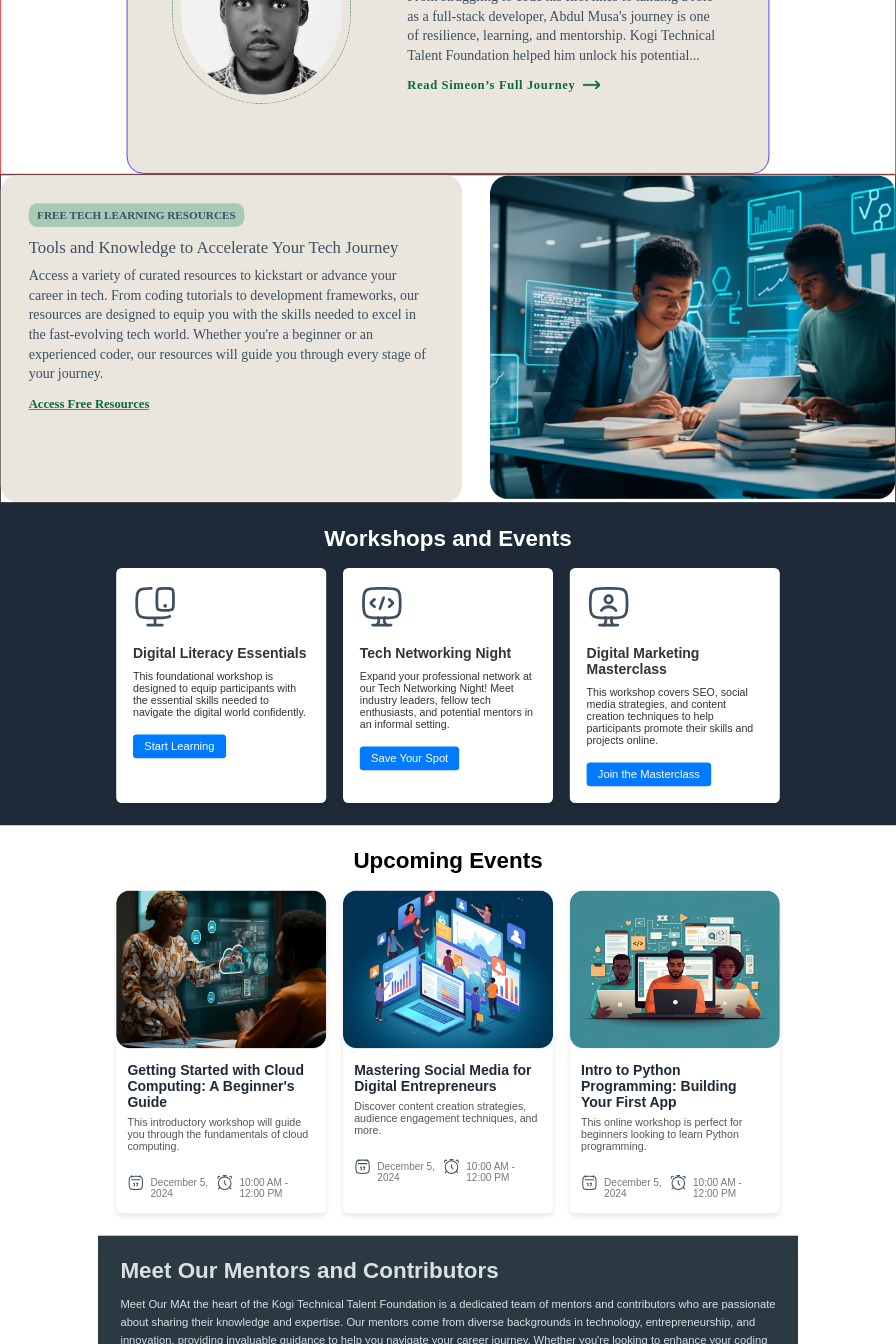
Repository: Cryptim/3MTT-Kogi-Foundation
Page: index.html
An editor plug-in stored every save of this project. The page is shown before and after the next save, followed by the edit.
The browser window is 1280 px wide. The pictures show the part of the page from y = 826 to 2746 px (the page is 7212 px tall before and 7244 px after), at 70% of full size.

Above is the page before, as saved 2024-11-15 02:26:51.

### index.html
<!DOCTYPE html>
<html lang="en">
  <head>
    <meta charset="UTF-8" />
    <meta name="viewport" content="width=device-width, initial-scale=1.0" />
    <title>Three Million Technical Talent Foundation</title>
    <link rel="stylesheet" href="stlyes/style.css" />
  </head>
  <body>
    <header class="header">
      <div class="logo">
        <img src="assets/images/logo.png" alt="Foundation Logo" />
      </div>
      <nav class="nav">
        <a href="#">Workshops & Events</a>
        <a href="#">Resources/Pathways</a>
        <a href="#">Volunteer</a>
        <a href="#">Contact Us</a>
      </nav>
      <div class="donate-button">
        <button>Donate</button>
      </div>
    </header>
    <!-- Hero sections -->
    <div class="padding hero-section">
      <div class="text-container">
        <h1>Empowering Kogi's Brightest Minds for a Future in Tech</h1>
        <p>
          Are you ready to lead the future of tech? Kogi Technical Talent
          Foundation offers mentorship and cutting-edge resources to help early
          adopters like you grow and innovate.
        </p>
        <div class="explore-button">
          <button>Explore Free Resources</button>
        </div>
      </div>
      <div class="image-container">
        <img
          src="assets/images/Frame 5.png"
          alt="Team working with technology"
        />
        <div class="tag tag-collaborations">Collaborations</div>
        <div class="tag tag-volunteerism">Volunteerism</div>
        <div class="tag tag-mentorship">Mentorship</div>
        <div class="tag tag-empowerment">Empowerment</div>
        <div class="tag tag-free-resources">Free Resources</div>
        <div class="tag tag-partnership">Partnership</div>
      </div>
    </div>
    <!-- Featured Story Section -->
    <div class="padding featuredStoryContainer">
      <div class="featuredStory"
      >
        <div  class="featuredStoryDottedImageLine"
        >
          <img class="featuredStoryImage"
            src="assets/images/Simeon ocheja 1.png"
            alt="Simenon Ocheja"
          />
        </div>
        <div
          style="width: 589px; display: flex; flex-direction: column; gap: 16px"
        >
          <div class="featuredStoryTextContainer"

          >
            <span class="featuredStoryText"

              >Featured Story from Kogi talent</span
            >
          </div>
          <h2 class="featuredStoryName"
          >
            Simenon Ocheja
          </h2>
          <p class="featuredStoryParagraph"
          >
            From struggling to code his first lines to landing a role as a
            full-stack developer, Abdul Musa's journey is one of resilience,
            learning, and mentorship. Kogi Technical Talent Foundation helped
            him unlock his potential...
          </p>
          <div  class="featuredStoryMore">
            <span class="morefeatured"
              >Read Simeon’s Full Journey</span
            >
        <img src="./assets/images/icons/arrow-right-02.png" alt="arrow-right-02">
            </div>
          </div>
        </div>
      </div>
    </div>
    <!-- Free Tech Learning Resources Section -->
    <div  class="freeTechSection"  style="display: flex; gap: 40px ;border: 1px solid black;">
      <div
        style="flex: 1; padding: 40px; background: #eae6dd; border-radius: 24px"
      >
        <div
          style="
            padding: 8px 12px;
            background: #a7cab7;
            border-radius: 12px;
            display: inline-block;
          "
        >
          <span
            style="
              color: #3d4f60;
              font-size: 16px;
              font-family: Cascadia Code;
              font-weight: 600;
              text-transform: uppercase;
            "
            >Free Tech Learning Resources</span
          >
        </div>
        <h3
          style="
            color: #3d4f60;
            font-size: 24px;
            font-family: Cascadia Code;
            font-weight: 400;
            margin-top: 16px;
          "
        >
          Tools and Knowledge to Accelerate Your Tech Journey
        </h3>
        <p
          style="
            color: #3d4f60;
            font-size: 20px;
            font-family: Cascadia Code;
            font-weight: 300;
            line-height: 1.4;
            margin-top: 12px;
          "
        >
          Access a variety of curated resources to kickstart or advance your
          career in tech. From coding tutorials to development frameworks, our
          resources are designed to equip you with the skills needed to excel in
          the fast-evolving tech world. Whether you're a beginner or an
          experienced coder, our resources will guide you through every stage of
          your journey.
        </p>
        <a
          href="#"
          style="
            color: #0c6a38;
            font-size: 18px;
            font-family: Cascadia Code;
            font-weight: 700;
            display: inline-block;
            margin-top: 20px;
          "
          >Access Free Resources</a
        >
      </div>
      <div style="flex: 1">
        <img
          style="width: 100%; border-radius: 24px"
          src="assets/images/Resources image 1.png"
          alt="Tech Journey"
        />
      </div>
    </div>
    <!-- workshop section -->
    <section class="workshops-section">
      <h2>Workshops and Events</h2>
      <div class="workshops-container">
        <div class="workshop-card">
          <div class="icon">
            <img
              src="assets/images/computer-phone-sync.svg"
              alt="Digital Literacy Icon"
            />
          </div>
          <h3>Digital Literacy Essentials</h3>
          <p>
            This foundational workshop is designed to equip participants with
            the essential skills needed to navigate the digital world
            confidently.
          </p>
          <button>Start Learning</button>
        </div>
        <div class="workshop-card">
          <div class="icon">
            <img
              src="assets/images/computer-programming-01.svg"
              alt="Networking Icon"
            />
          </div>
          <h3>Tech Networking Night</h3>
          <p>
            Expand your professional network at our Tech Networking Night! Meet
            industry leaders, fellow tech enthusiasts, and potential mentors in
            an informal setting.
          </p>
          <button>Save Your Spot</button>
        </div>
        <div class="workshop-card">
          <div class="icon">
            <img
              src="assets/images/computer-video-call.svg"
              alt="Marketing Icon"
            />
          </div>
          <h3>Digital Marketing Masterclass</h3>
          <p>
            This workshop covers SEO, social media strategies, and content
            creation techniques to help participants promote their skills and
            projects online.
          </p>
          <button>Join the Masterclass</button>
        </div>
      </div>
    </section>
    <!--  Event section-->
    <section class="events-section">
      <h2>Upcoming Events</h2>
      <div class="events-container">
        <div class="event-card">
          <img
            src="assets/images/cloud-african 1.png"
            alt="Cloud Computing Workshop"
          />
          <h3>Getting Started with Cloud Computing: A Beginner's Guide</h3>
          <p>
            This introductory workshop will guide you through the fundamentals
            of cloud computing.
          </p>
          <div class="event-info">
            <span class="event-date"
              ><img
                src="assets/images/calendar-01.svg"
                alt="Calendar Icon"
                class="icon"
              />
              December 5, 2024</span
            >
            <span class="event-time"
              ><img
                src="assets/images/alarm-clock.svg"
                alt="Clock Icon"
                class="icon"
              />
              10:00 AM - 12:00 PM</span
            >
          </div>
        </div>
        <div class="event-card">
          <img
            src="assets/images/digital marketing.png"
            alt="Social Media for Entrepreneurs"
          />
          <h3>Mastering Social Media for Digital Entrepreneurs</h3>
          <p>
            Discover content creation strategies, audience engagement
            techniques, and more.
          </p>
          <div class="event-info">
            <span class="event-date"
              ><img
                src="assets/images/calendar-01.svg"
                alt="Calendar Icon"
                class="icon"
              />
              December 5, 2024</span
            >
            <span class="event-time"
              ><img
                src="assets/images/alarm-clock.svg"
                alt="Clock Icon"
                class="icon"
              />
              10:00 AM - 12:00 PM</span
            >
          </div>
        </div>
        <div class="event-card">
          <img
            src="assets/images/python.png"
            alt="Python Programming Workshop"
          />
          <h3>Intro to Python Programming: Building Your First App</h3>
          <p>
            This online workshop is perfect for beginners looking to learn
            Python programming.
          </p>
          <div class="event-info">
            <span class="event-date"
              ><img
                src="assets/images/calendar-01.svg"
                alt="Calendar Icon"
                class="icon"
              />
              December 5, 2024</span
            >
            <span class="event-time"
              ><img
                src="assets/images/alarm-clock.svg"
                alt="Clock Icon"
                class="icon"
              />
              10:00 AM - 12:00 PM</span
            >
          </div>
        </div>
      </div>
    </section>
    <!-- Mentor section -->
    <section class="mentors-section">
      <h2>Meet Our Mentors and Contributors</h2>
      <p>
        Meet Our MAt the heart of the Kogi Technical Talent Foundation is a
        dedicated team of mentors and contributors who are passionate about
        sharing their knowledge and expertise. Our mentors come from diverse
        backgrounds in technology, entrepreneurship, and innovation, providing
        invaluable guidance to help you navigate your career journey. Whether
        you're looking to enhance your coding skills, explore new fields like
        digital marketing, or get advice on launching your own tech startup, our
        mentors are here to support you.
      </p>
      <a href="#" class="explore-link">Explore Our Mentor’s Profile →</a>
      <div class="mentors-container">
        <div class="mentor-card">
          <img src="assets/images/Frame 19.png" alt="Omachoko Arome" />
          <h3>Omachoko Arome</h3>
        </div>
        <div class="mentor-card">
          <img src="assets/images/Frame 20.png" alt="Marian Musa" />
          <h3>Marian Musa</h3>
        </div>
        <div class="mentor-card">
          <img src="assets/images/Frame 21.png" alt="Ismaila Omeiza" />
          <h3>Ismaila Omeiza</h3>
        </div>
        <div class="mentor-card">
          <img src="assets/images/Frame 22.png" alt="Timothy Ignatius" />
          <h3>Timothy Ignatius</h3>
        </div>
      </div>
    </section>
    <!-- Footer -->
    <section>
      <div class="Partners">
        <div class="OurPartners">Our Partners</div>
        <div class="Frame23">
          <div class="NitdaLogo">
            <img
              class="NitdaLogoNewest1RemovebgPreview"
              style="width: 232.86px; height: 113.82px"
              src="https://via.placeholder.com/233x114"
            />
          </div>
          <div class="NitdaLogo">
            <img
              class="MttRemovebgPreview"
              style="width: 232.86px; height: 113.82px"
              src="https://via.placeholder.com/233x114"
            />
          </div>
          <div class="NitdaLogo">
            <img
              class="KogiLogo"
              style="width: 232.86px; height: 113.82px"
              src="https://via.placeholder.com/233x114"
            />
          </div>
          <div class="NitdaLogo">
            <img
              class="MistLogoRemovebgPreview"
              style="width: 232.86px; height: 113.82px"
              src="https://via.placeholder.com/233x114"
            />
          </div>
        </div>
      </div>

      <div class="Footer">
        <div class="Frame24">
          <img class="KogiLogo1" src="https://via.placeholder.com/78x78" />
          <div class="EmpoweringKogiSBrightestMindsForAFutureInTech">
            Empowering Kogi's Brightest Minds for a Future in Tech
          </div>
        </div>

        <div class="NavigataionMenu">
          <div class="Workshops">
            <div class="QuickLinks">Quick Links</div>
          </div>
          <div class="Workshops">
            <div class="WorkshopsEvents">Workshops & Events</div>
          </div>
          <div class="Resources">
            <div class="ResourcesPathways">Resources/Pathways</div>
          </div>
          <div class="Volunteer">
            <div>Volunteer</div>
          </div>
          <div class="ContactUs">
            <div>Contact Us</div>
          </div>
        </div>

        <div class="Frame25">
          <div class="Donate">
            <div>Donate Now</div>
          </div>
          <div class="ContactUs">
            <div class="ConnectWithUs">Connect with Us</div>
          </div>
          <div class="Frame26">
            <div class="Facebook02">
              <div class="Vector"></div>
            </div>
            <div class="NewTwitter">
              <div class="Vector"></div>
            </div>
            <div class="Linkedin02">
              <div class="Vector"></div>
              <div class="Vector"></div>
              <div class="Vector"></div>
            </div>
            <div class="Instagram">
              <div class="Vector"></div>
              <div class="Vector"></div>
              <div class="Vector"></div>
            </div>
          </div>
        </div>
      </div>

      <div class="Frame27">
        <div
          class="AllRightsReserved3mttFellowBiweeklyBuildWithAFellowChallenge2024"
        >
          All rights reserved 3MTT Fellow Biweekly Build With a Fellow Challenge
          ©2024
        </div>
      </div>
    </section>
  </body>
</html>

Loaded but not shown: stlyes/style.css (819 lines, source omitted)

After the next save:
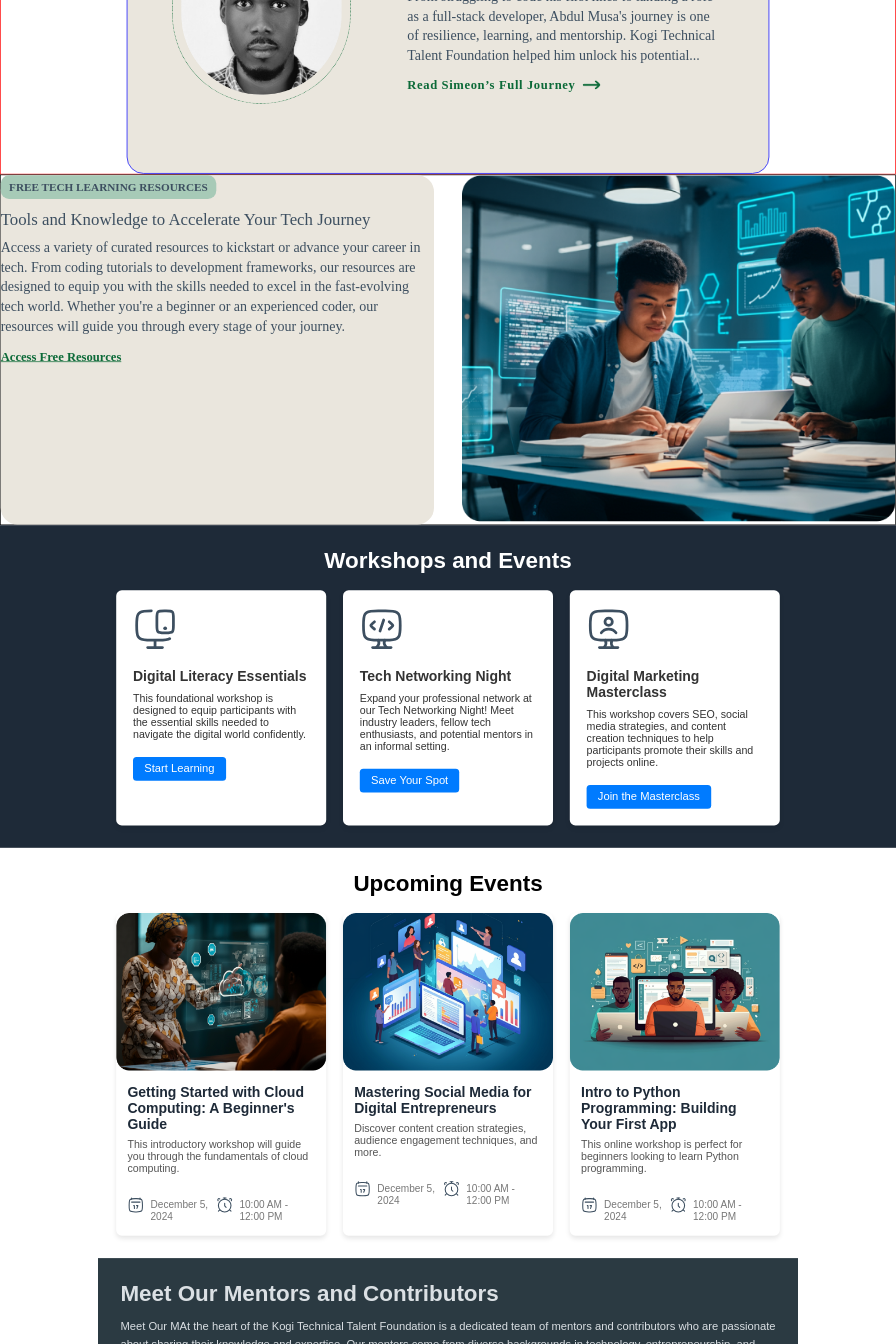
Saved 56 s later.
--- a/index.html
+++ b/index.html
@@ -93,7 +93,7 @@
     <!-- Free Tech Learning Resources Section -->
     <div  class="freeTechSection"  style="display: flex; gap: 40px ;border: 1px solid black;">
       <div
-        style="flex: 1; padding: 40px; background: #eae6dd; border-radius: 24px"
+        style="flex: 1; padding:; background: #eae6dd; border-radius: 24px"
       >
         <div
           style="
